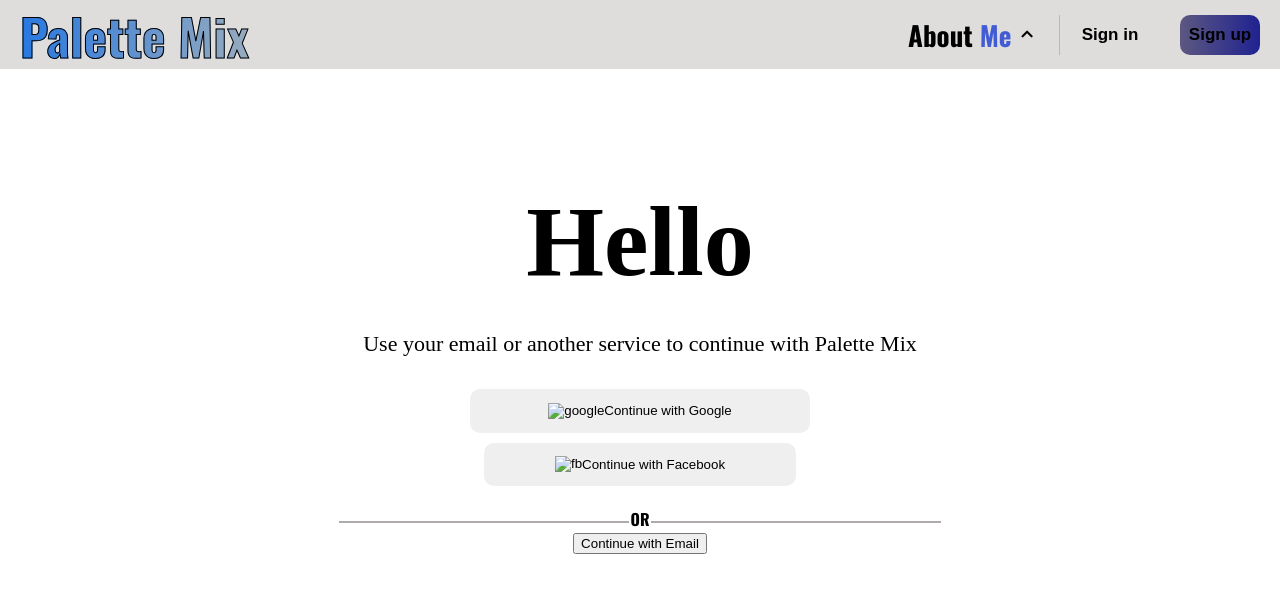
Repository: dmpelaez/Login-Signup-form
Page: Color/colorHeader.html
These files come from the project's save history. The page is drawn as it stood at one moment and after the next save; the edit follows.
The browser window is 1280 px wide. The pictures show the window.
A layer covers the whole window, so only the first screen is drawn. Some web libraries are served in a nearby version.

Above is the page before, as saved 2025-12-13 07:36:38.

After the next save:
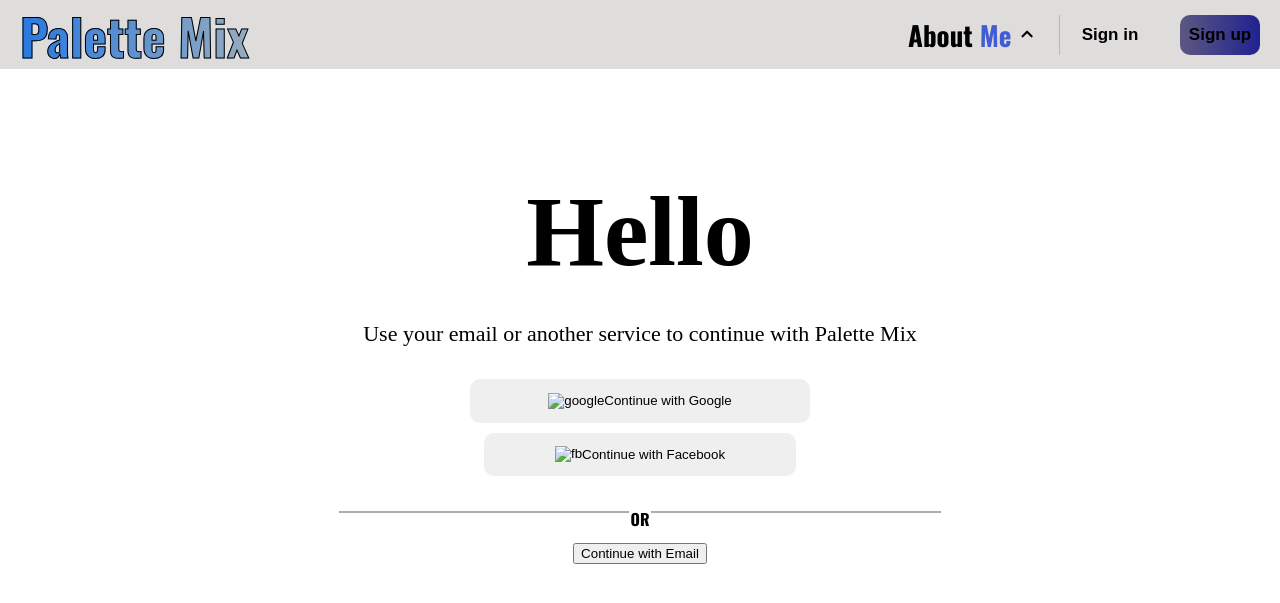
Saved 17 s later.
--- a/Color/colorMain.css
+++ b/Color/colorMain.css
@@ -748,3 +748,6 @@ justify-content: space-between;
   font-weight: bold;
 
 }
+.continueEmail {
+  margin-top: 20px;
+}
